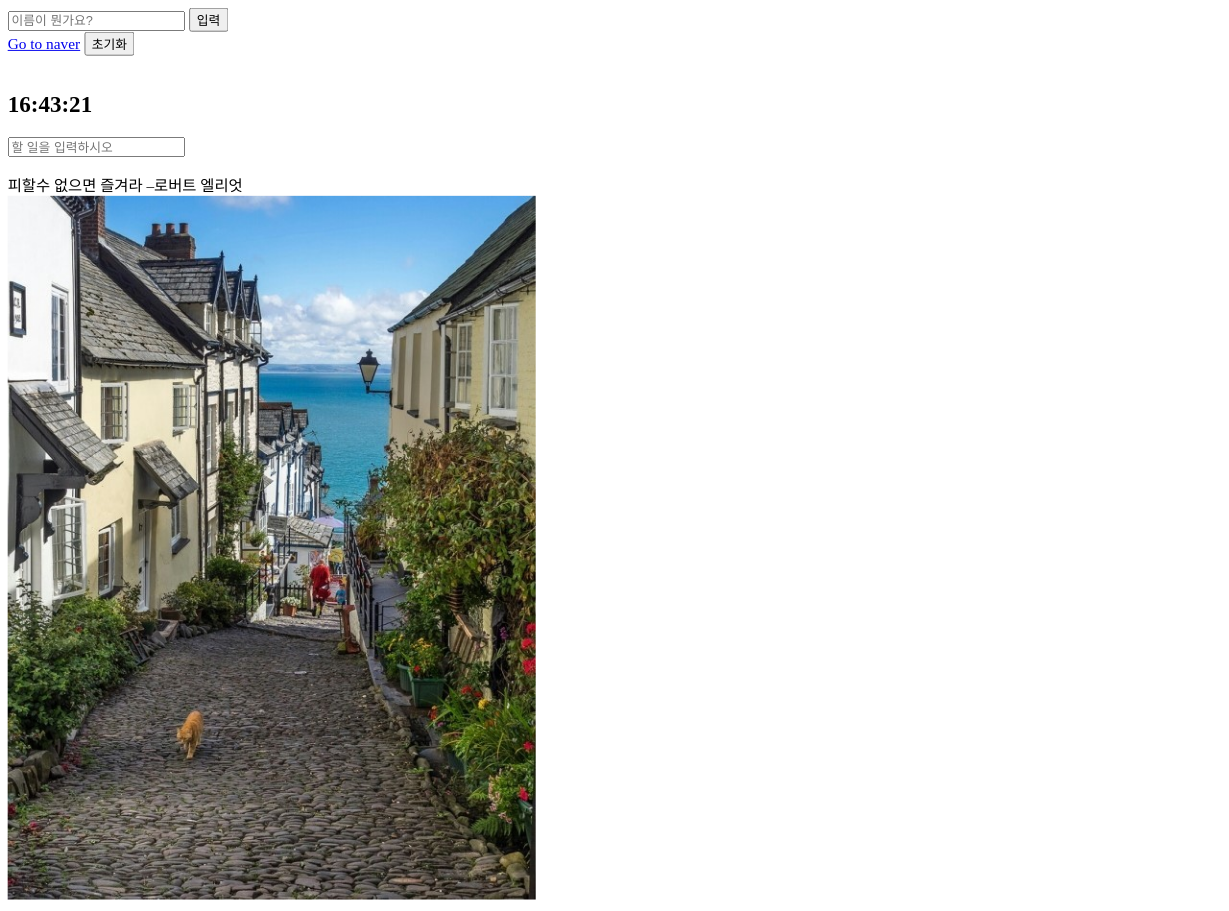
Repository: jun01270/F-E-practice
Page: index.html
The author's editor kept a copy of each file at every save. The page is drawn from the files as they stood at one save, then again after the next save.
The browser window is 1280 px wide. The pictures show the whole page, at 96% of full size.

Above is the page before, as saved 2022-12-23 11:16:45.

After the next save:
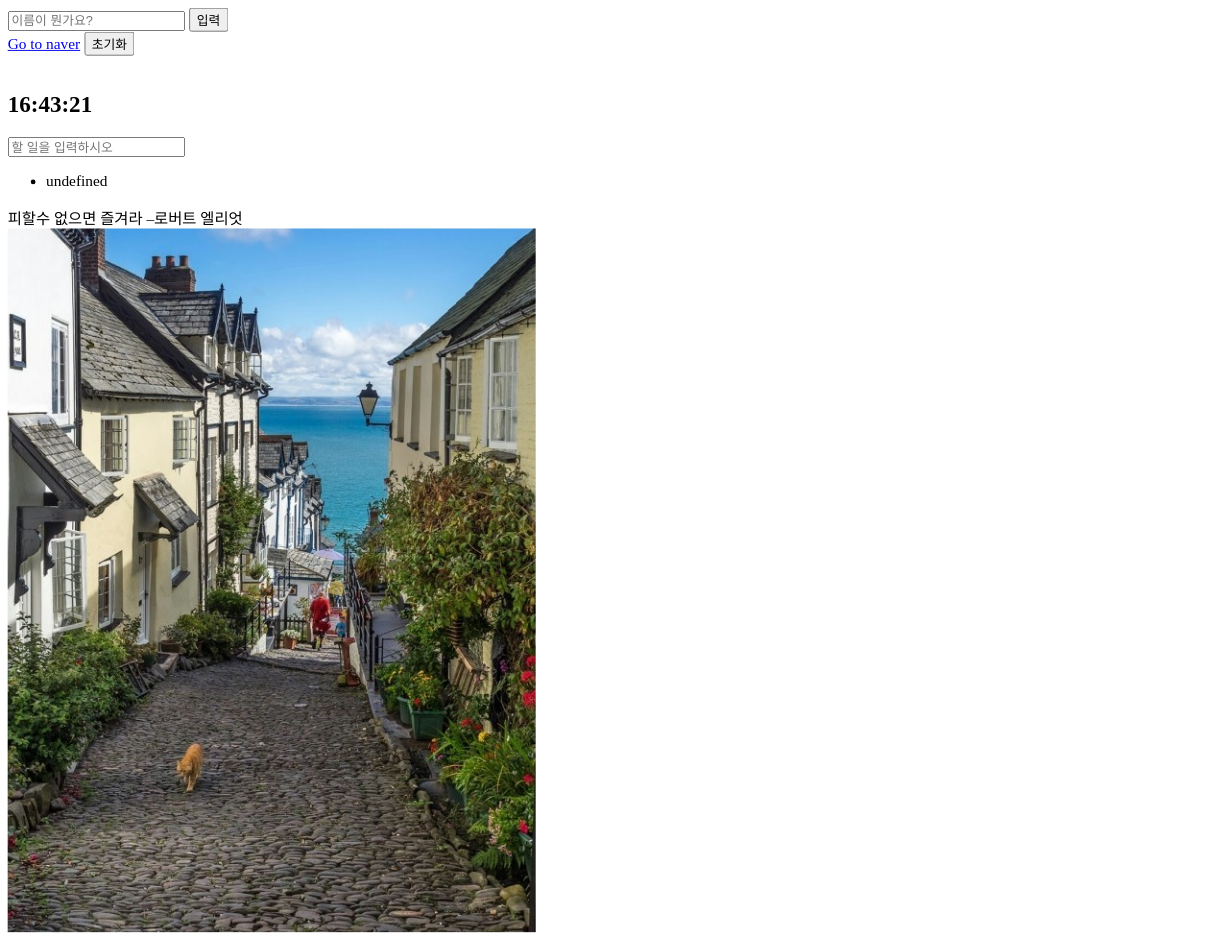
Saved 93 s later.
--- a/js/todo.js
+++ b/js/todo.js
@@ -8,6 +8,7 @@ function paintToDo(newToDo) {
   listOfToDo.appendChild(span);
   span.innerText = newToDo;
   console.log(listOfToDo);
+  toDoList.appendChild(listOfToDo);
 }
 
 function handleToDoSubmit(e) {
